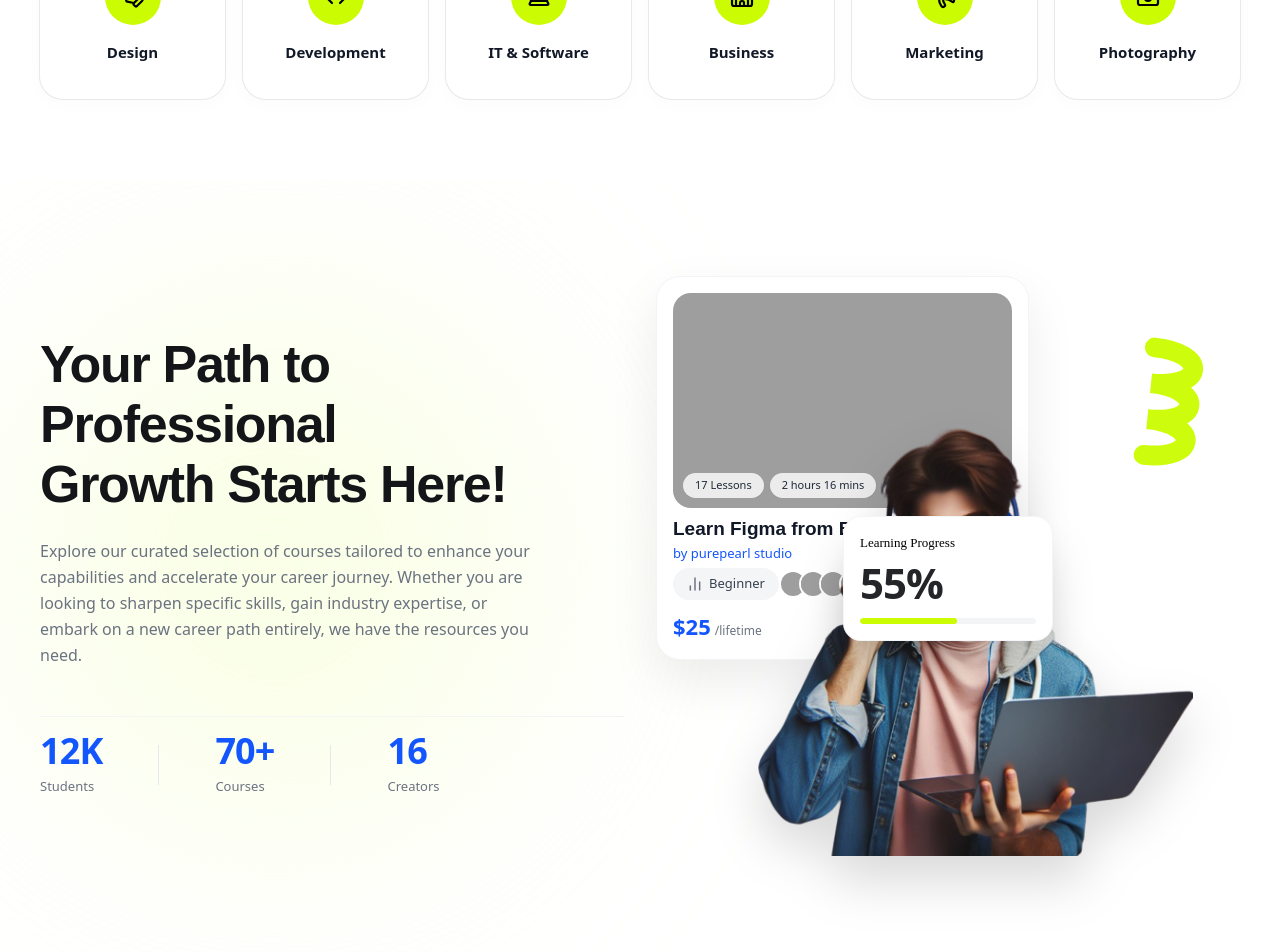
Repository: mdkawsarjomadder/bytespace
Page: /
These files come from the project's save history. The page is drawn as it stood at one moment and after the next save; the edit follows.
The browser window is 1280 px wide. The pictures show the part of the page from y = 2967 to 3919 px (the page is 3919 px tall).
Pictures or frames that could not be fetched are drawn as grey boxes. Some web fonts or font styles are not loaded; a fallback is used. The project was rebuilt for these pictures with package versions that can differ from the ones it lists, and the page was loaded fresh each time. Also part of the build but not shown: vite.config.js.

Above is the page before, as saved 2026-09-30 00:08:42.

After the next save:
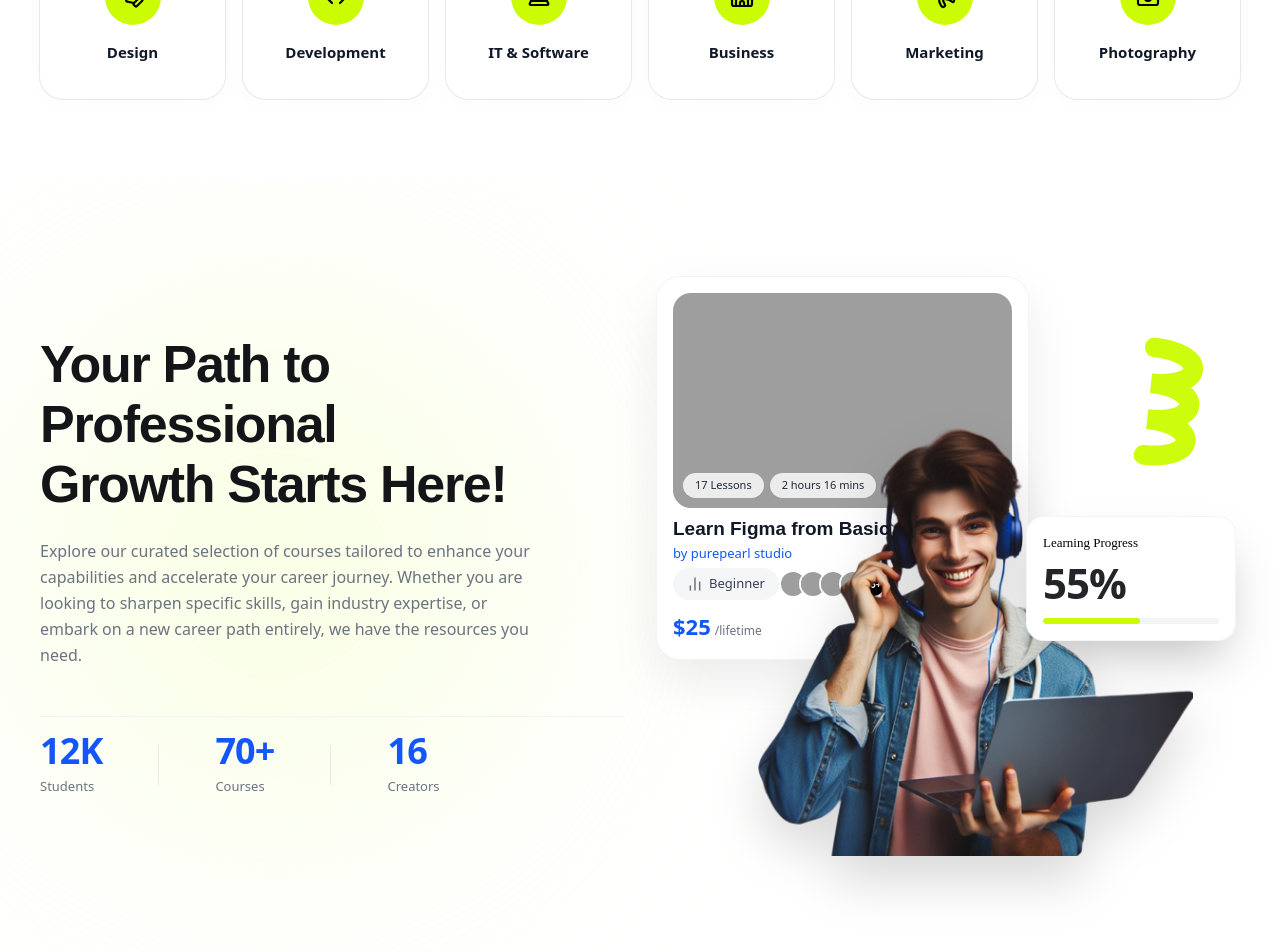
Saved 9 s later.
--- a/src/components/GrowthStats.jsx
+++ b/src/components/GrowthStats.jsx
@@ -164,7 +164,7 @@
 
             {/* Floating Learning Progress Card on Right */}
             <div
-              className="absolute  top-[240px] z-30 bg-white rounded-[18px] shadow-2xl border border-gray-100/90 flex flex-col justify-between"
+              className="absolute right-1 top-[240px] z-30 bg-white rounded-[18px] shadow-2xl border border-gray-100/90 flex flex-col justify-between"
               style={{
                 width: '210px',
                 height: '125px',

After the save that followed:
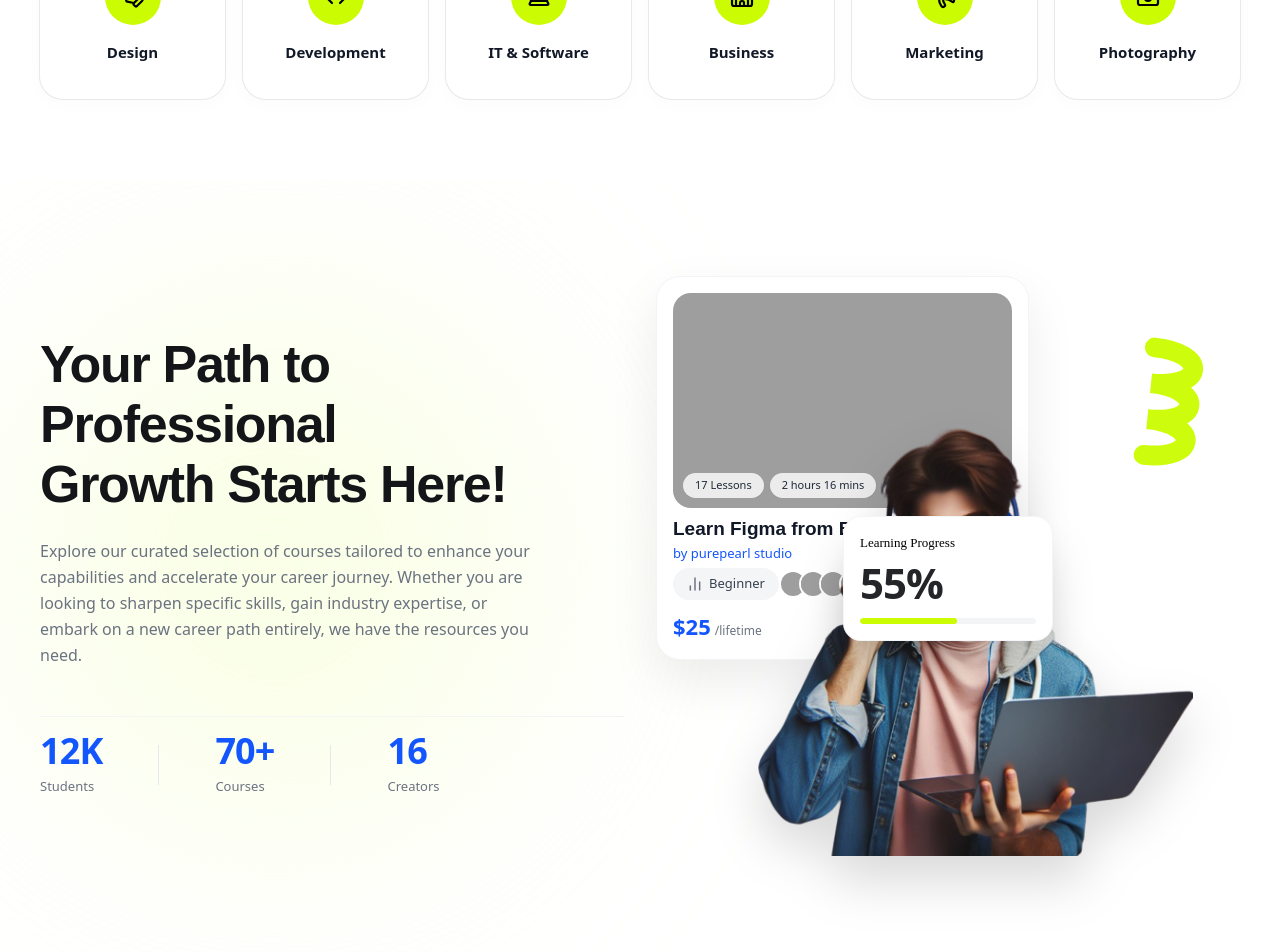
Saved 11 s later.
--- a/src/components/GrowthStats.jsx
+++ b/src/components/GrowthStats.jsx
@@ -164,7 +164,7 @@
 
             {/* Floating Learning Progress Card on Right */}
             <div
-              className="absolute right-1 top-[240px] z-30 bg-white rounded-[18px] shadow-2xl border border-gray-100/90 flex flex-col justify-between"
+              className="absolute  top-[240px] z-30 bg-white rounded-[18px] shadow-2xl border border-gray-100/90 flex flex-col justify-between"
               style={{
                 width: '210px',
                 height: '125px',
